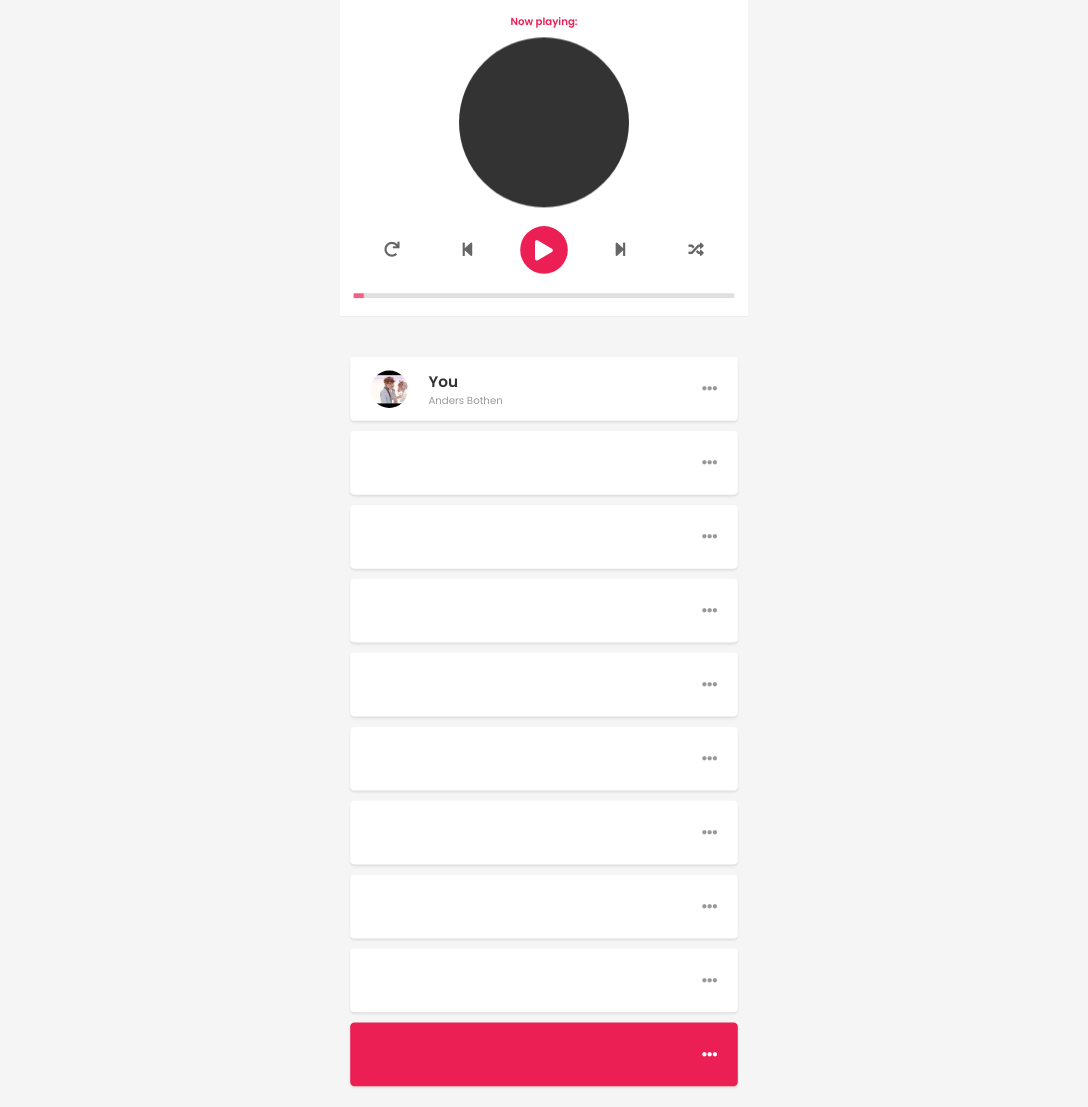
Repository: tongdkhai/Music-Player-
Page: index.html
These files come from the project's save history. The page is drawn as it stood at one moment and after the next save; the edit follows.
The browser window is 1280 px wide. The pictures show the whole page, at 85% of full size.
After loading, the first visible `div.btn-prev` was clicked once.

Above is the page before, as saved 2022-09-26 22:07:01.

After the next save:
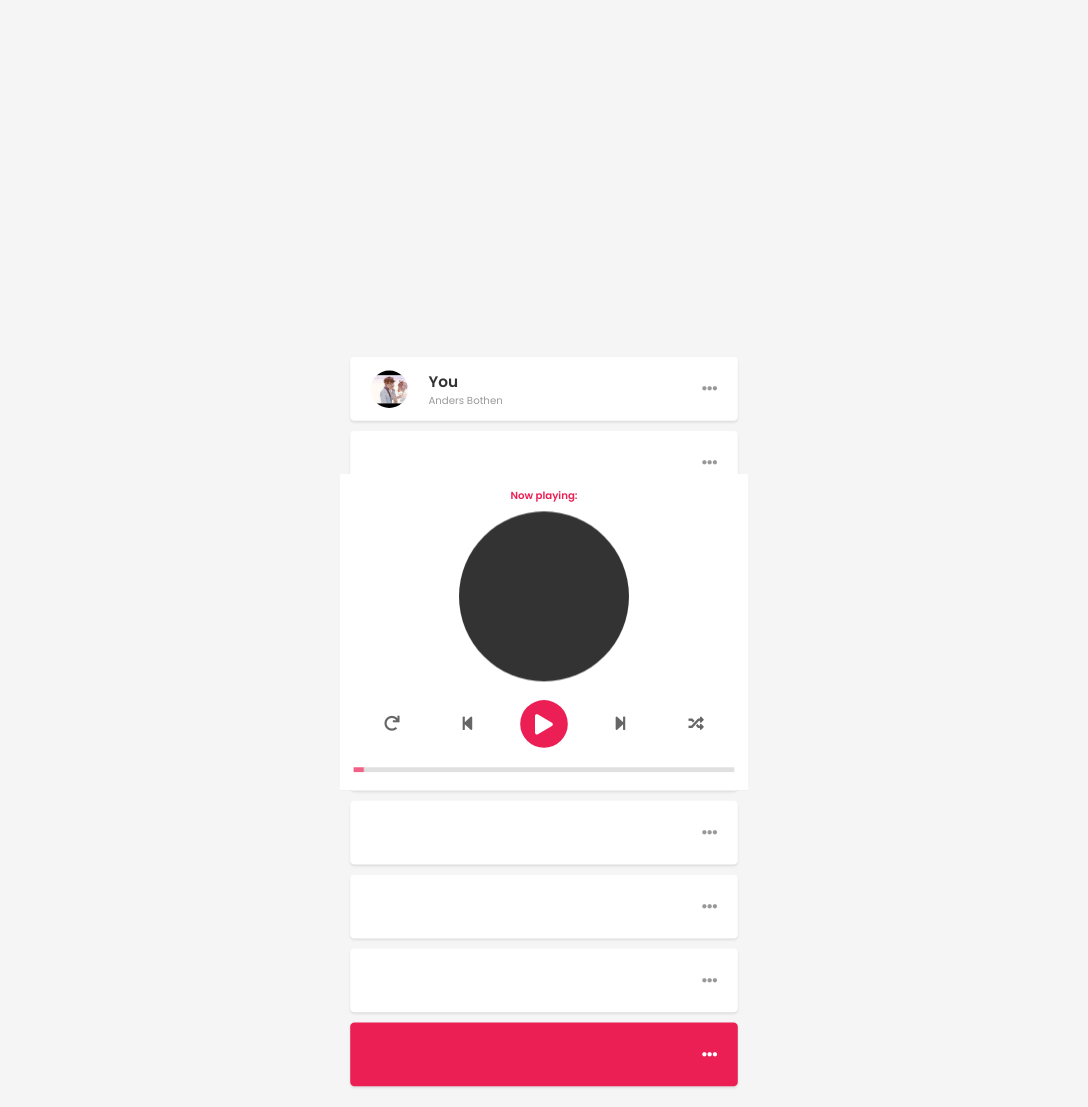
Saved 2 min 24 s later.
--- a/index.html
+++ b/index.html
@@ -307,7 +307,10 @@
             },
             scrollToActiveSong: function () {
                 setTimeout(function() {
-                    $('.song.active')
+                    $('.song.active').scrollIntoView({
+                        behavior: 'smooth',
+                        block: 'nearest'
+                    })
                 }, 500)
 
             },
